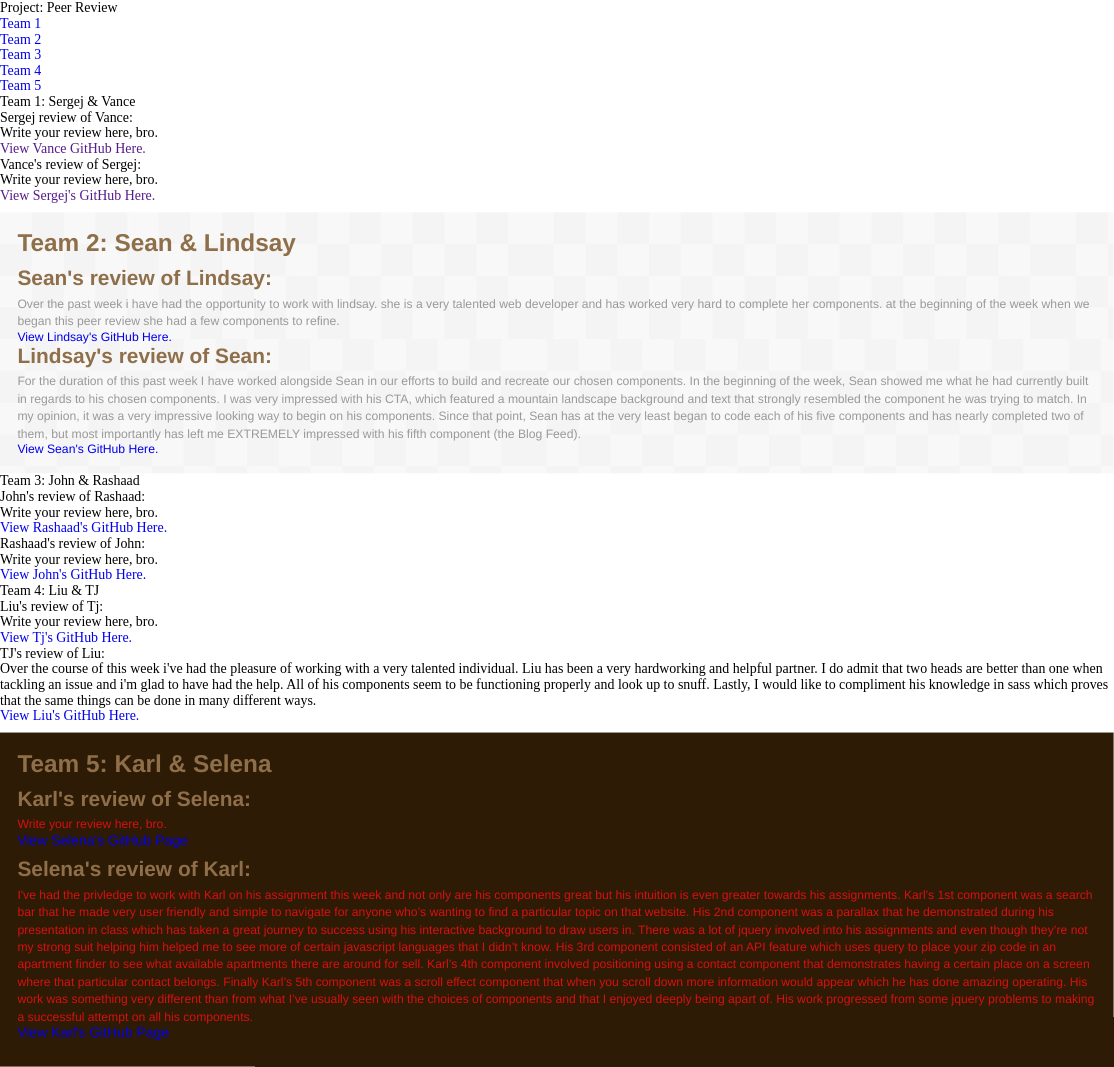
Repository: Smvargas787/WSP-2.5
Page: workspace 3/hello-world.html
The author's editor kept a record of every edit. The page is drawn from the files as they stood at one moment, then again after the next edit.
The browser window is 1280 px wide. The pictures show the whole page, at 87% of full size.
Some web libraries are served in a nearby version.

Above is the page before.

### workspace 3/hello-world.html
<!DOCTYPE html>
<html lang= "en">
	<head>
		<meta charset= "utf-8"/>
		<meta name="viewport" content="width=device-width, initial-scale=1, maximum-scale=1">
		<title>Project: Peer Review</title>

		<link href="css/reset.css" rel="stylesheet" type="text/css" />
		<link href="css/style.css" rel="stylesheet" type="text/css" />
	</head>


	<body>

		<header>
			<h1>Project: Peer Review</h1>
			<nav>
				<ul>
					<li><a href="#" class="link" data-this=".team1" data-last=".page">Team 1</a></li>
					<li><a href="#" class="link" data-this=".team2" data-last=".page">Team 2</a></li>
					<li><a href="#" class="link" data-this=".team3" data-last=".page">Team 3</a></li>
					<li><a href="#" class="link" data-this=".team4" data-last=".page">Team 4</a></li>
					<li><a href="#" class="link" data-this=".team5" data-last=".page">Team 5</a></li>
				</ul>
			</nav>
		</header>


<!-- 	Team 1 -->
		<section class="page team1">
			<h2>Team 1: Sergej & Vance</h2>

			<article>
				<h3>Sergej review of Vance:</h3>
				<p>Write your review here, bro.</p>
				<a href="" target="_blank">View Vance GitHub Here.</a>
			</article>

			<article>
			 	<h3>Vance's review of Sergej:</h3>
				<p>Write your review here, bro.</p>
				<a href="" target="_blank">View Sergej's GitHub Here.</a>
			</article>
        </section>
<!-- End Team 1 -->





<!-- 	Team 2 -->
		<section class="page team2">
			<h2>Team 2: Sean & Lindsay</h2>

			<article>
				<h3>Sean's review of Lindsay:</h3>
				<p>Over the past week i have had the opportunity to work with lindsay. she is a very talented web developer and has worked very hard
				to complete her components. at the beginning of the week when we began this peer review she had a few components to refine.
				</p>
				<a href="http://lindsayhampton.github.io/WSP/" target="_blank">View Lindsay's GitHub Here.</a>
			</article>

			<article>
			 	<h3>Lindsay's review of Sean:</h3>
				<p>For the duration of this past week I have worked alongside Sean in our efforts to build and recreate our chosen components.
				In the beginning of the week, Sean showed me what he had currently built in regards to his chosen components. I was very impressed with his CTA,
				which featured a mountain landscape background and text that strongly resembled the component he was trying to match. In my opinion, it was a
				very impressive looking way to begin on his components. Since that point, Sean has at the very least began to code each of his five components and
				has nearly completed two of them, but most importantly has left me EXTREMELY impressed with his fifth component (the Blog Feed). </p>
				<a href="http://seanedw1.github.io/wsp_edwards_sean/index.html" target="_blank">View Sean's GitHub Here.</a>
			</article>

		</section>
<!-- End Team 2 -->




<!-- 	Team 3 -->
		<section class="page team3">
			<h2>Team 3: John & Rashaad</h2>
			<article>
				<h3>John's review of Rashaad:</h3>
				<p>Write your review here, bro.</p>
				<a href="http://mangenius200.github.io/WSP/wsp_project-master/index.html" target="_blank">View Rashaad's GitHub Here.</a>
			</article>

			<article>
			 	<h3>Rashaad's review of John:</h3>
				<p>Write your review here, bro.</p>
				<a href="http://johnkunkle1987.github.io/Web-Standards-Project/week_1_project/" target="_blank">View John's GitHub Here.</a>
			</article>
		</section>
<!-- End Team 3 -->





<!-- 	Team 4 -->
		<section class="page team4">
			<h2>Team 4: Liu  & TJ</h2>
			<article>
				<h3>Liu's review of Tj:</h3>
				<p>Write your review here, bro.</p>
				<a href="http://fs-timothymccoy.github.io/WSP/ProjectPlanning/index.html" target="_blank">View Tj's GitHub Here.</a>
			</article>

			<article>
			 	<h3>TJ's review of Liu:</h3>
				<p>Over the course of this week i've had the pleasure of working with a very talented individual. Liu has been a very hardworking and helpful partner. I do admit that two heads are better than one when tackling an issue and i'm glad to have had the help. All of his components seem to be functioning properly and look up to snuff. Lastly, I would like to compliment his knowledge in sass which proves that the same things can be done in many different ways.</p>
				<a href="http://maumasi.github.io/WSP_082015/" target="_blank">View Liu's GitHub Here.</a>
			</article>

    	</section>
<!-- End Team 4 -->


<!-- 	Team 5 -->
		<section class="page team5">
			<h2>Team 5: Karl & Selena</h2>
			<article>
				<h3>Karl's review of Selena:</h3>
				<p>Write your review here, bro.</p>
				<a href="http://smvargas787.github.io/WSP-2.5/index.html" target="_blank">View Selena's GitHub Page</a>
			</article>

			<article>
			 	<h3>Selena's review of Karl:</h3>
				<p>I've had the privledge to work with Karl on his assignment this week and not only are his components great but his intuition is even greater towards his assignments. Karl’s 1st component was a search bar that he made very user friendly and simple to navigate for anyone who’s wanting to find a particular topic on that website. His 2nd component was a parallax that he demonstrated during his presentation in class which has taken a great journey to success using his interactive background to draw users in. There was a lot of jquery involved into his assignments and even though they’re not my strong suit helping him helped me to see more of certain javascript languages that I didn’t know. His 3rd component consisted of an API feature which uses query to place your zip code in an apartment finder to see what available apartments there are around for sell. Karl’s 4th component involved positioning using a contact component that demonstrates having a certain place on a screen where that particular contact belongs. Finally Karl’s 5th component was a scroll effect component that when you scroll down more information would appear which he has done amazing operating. His work was something very different than from what I’ve usually seen with the choices of components and that I enjoyed deeply being apart of. His work progressed from some jquery problems to making a successful attempt on all his components. </p>
			    <a href="http://kjrohr.github.io/wps_project/blog/index.html" target="_blank">View Karl's GitHub Page</a>
			</article>




		</section>
<!-- End Team 5 -->




<!-- jquery -->
		<script src="https://ajax.googleapis.com/ajax/libs/jquery/1.11.3/jquery.min.js"></script>
	<!--	<script src="js/jquery-1.11.3.min.js"></script> -->
		<script src="js/main.js"></script>

	</body>
</html>

### workspace 3/css/reset.css
/* CSS RESET
====================================================================================================
====================================================================================================
*/



html, body, div, main, span, applet, object, iframe,
h1, h2, h3, h4, h5, h6, p, blockquote, pre,
a, abbr, acronym, address, big, cite, code,
del, dfn, em, img, ins, kbd, q, s, samp,
small, strike, strong, sub, sup, tt, var,
b, u, i, center,
dl, dt, dd, ol, ul, li,
fieldset, form, label, legend, input, textarea,
table, caption, tbody, tfoot, thead, tr, th, td,
article, aside, canvas, details, embed,
figure, figcaption, footer, header, hgroup,
menu, nav, output, ruby, section, summary,
time, mark, audio, video,
::before, ::after {

	margin: 0; padding: 0;
	border: 0;
	font-size: 100%;
	font: inherit;
	vertical-align: baseline;
	text-decoration: none;

	box-sizing: border-box;

}

// HTML5 - Older browser support
// ======================================================================
article, aside, details, figcaption, figure,
footer, header, hgroup, menu, nav, section {
	display: block;
}


// BODY
// ======================================================================
body { line-height: 1; }


// LISTS - Clear bullets
// ======================================================================
ol, ul { list-style: none; }


// QUOTES
// ======================================================================
blockquote, q { quotes: none; }
blockquote:before, blockquote:after,
q:before, q:after {
	content: '';
	content: none;
}

// TABLES
// ======================================================================
table {
	border-collapse: collapse;
	border-spacing: 0;
}

### workspace 3/css/style.css
/* Team 1 ======================================================== */
/* End of Team 1 ================================================= */


/* Team 2 ======================================================== */
.team2
{
  margin-top: 10px;
  background: url("../images/background-team2.jpg");
  color: #999999;
  font-family: Helvetica;
  padding: 20px;
  font-size: 14px;
}


.team2 article a:hover
{
  color: rgba(215,17,17, 0.8);
}

.team2 article a:visited
{
  color: #094978;
}


.team2 h1{
  text-align:center;
}


.team2 h2
{
  margin-bottom: 10px;
  font-size: 28px;
  font-weight: 900;
  color: #8F6F49;
}

.team2 article h3
{
  margin-bottom: 5px;
  color: #8F6F49;
  font-size: 24px;
  font-weight: 700;
}

.team2 article p
{
  line-height: 20px;
}

.team2 article a
{
  display: block;
  padding
}


/* End of Team 2 ================================================= */


/* Team 3 ======================================================== */
/* End of Team 3 ================================================= */


/* Team 4 ======================================================== */
/* End of Team 4 ================================================= */


/* Team 5 ======================================================== */
/* Color 1: #2E1B05 Root
   Color 2: #655441 Somber
   Color 3: #8F6F49 Yggdrasil
   Color 4: #094978 Blues Power
   Color 5: #D71111 Pale Red
*/


.team5
{
  margin-top: 10px;
  background: #2E1B05;
  color: #D71111;
  font-family: Helvetica;
  padding: 20px;
}


.team5 article a:hover
{
  color: rgba(215,17,17, 0.8);
}

.team5 article a:visited
{
  color: #094978;
}

.team5 h2
{
  margin-bottom: 10px;
  font-size: 28px;
  font-weight: 900;
  color: #8F6F49;
}

.team5 article h3
{
  margin-bottom: 5px;
  color: #8F6F49;
  font-size: 24px;
  font-weight: 700;
}

.team5 article p
{
  line-height: 20px;
  font-size: 14px;
}

.team5 article a
{
  display: block;
  padding-bottom: 10px;
}


/* End of Team 5 ================================================= */

### workspace 3/js/main.js

//	jquery javaScript
$(function(){

//	make links change "pages"
//================================================================
//	$('.page').css({'display':'none'});



//	nav click events
//================================================================
	$('.link').on('click', function(){

		var linkAction1 = $(this).attr('data-last');
		var linkAction2 = $(this).attr('data-this');

		$(linkAction1).delay().slideUp();
		$(linkAction2).slideDown();

		$('.this-class').css({'display':'none'});
		$('h3').css({'display':'none'});
		//$('input').css({'display':'none'});
	});




});

After the next edit:
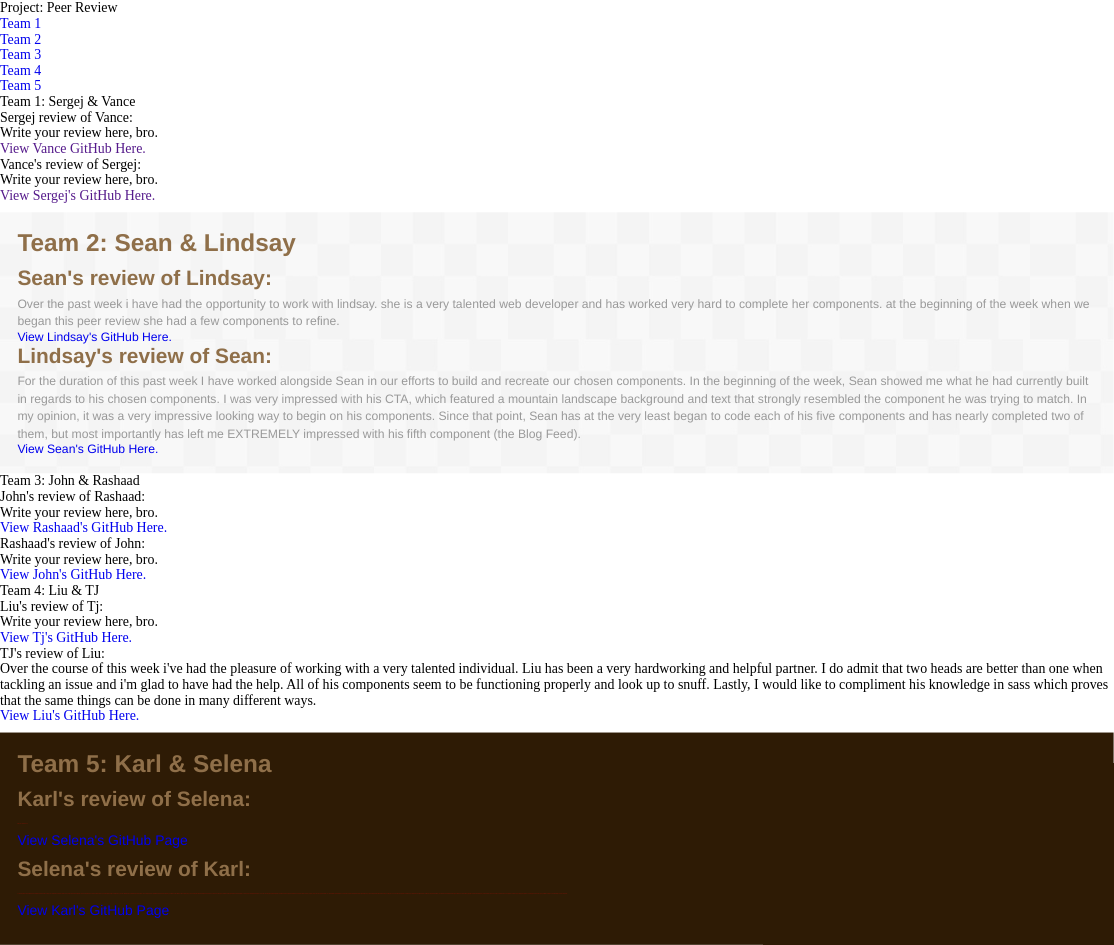
The edit:
--- a/workspace 3/css/style.css
+++ b/workspace 3/css/style.css
@@ -117,7 +117,7 @@
 .team5 article p
 {
   line-height: 20px;
-  font-size: 14px;
+  font-size: 1px;
 }
 
 .team5 article a
